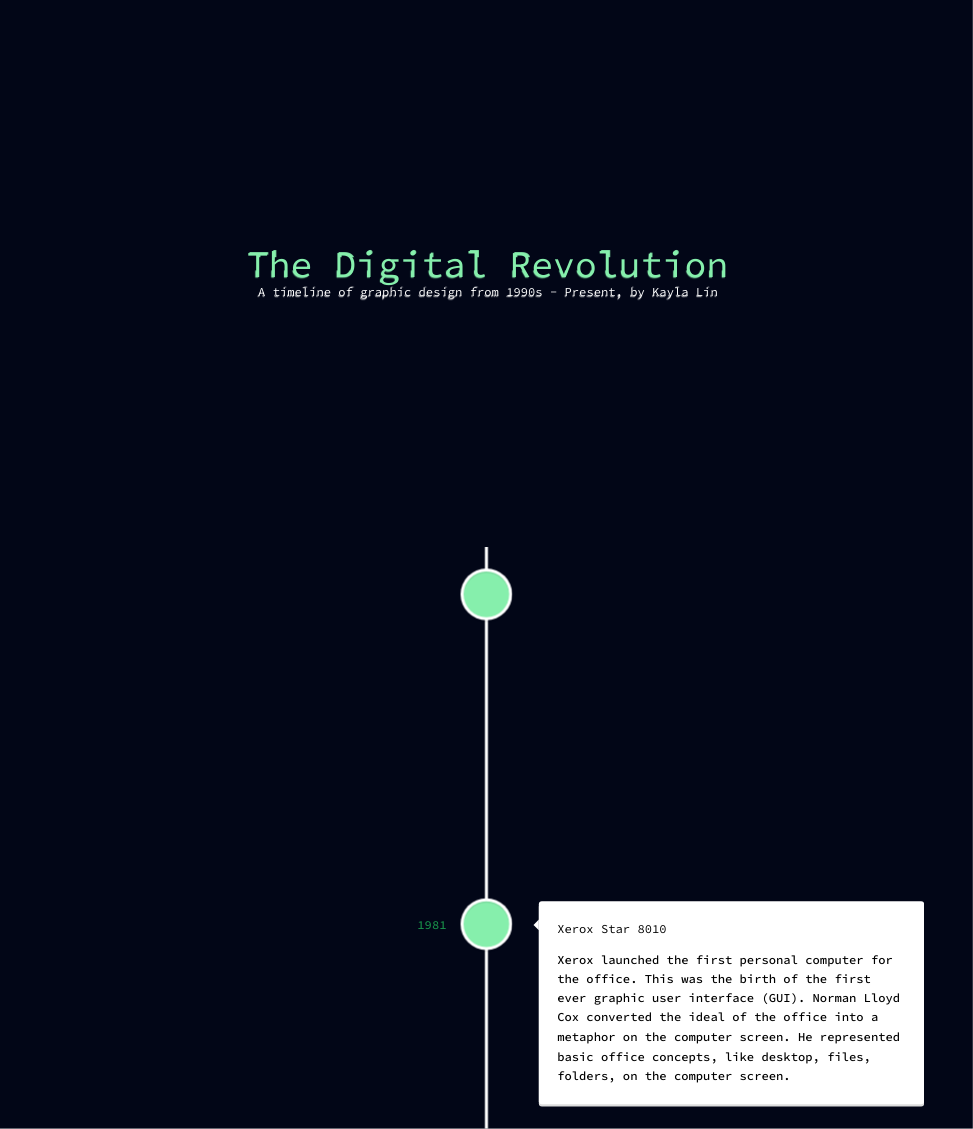
Repository: kayla-lin/graphic-design-timeline
Page: /
These files come from the project's save history. The page is drawn as it stood at one moment and after a run of saves; the edit follows.
The browser window is 1280 px wide. The pictures show the whole page, at 76% of full size.
The project was rebuilt for these pictures with package versions that can differ from the ones it lists, and the page was loaded fresh each time. The framework's server and built-in components were replaced by stand-ins that run in the browser. Also part of the build but not shown: next.config.js.

Above is the page before, as saved 2023-05-01 19:24:20.

### pages/index.tsx
import Image from "next/image";
import { Source_Code_Pro } from "next/font/google";
import Introduction from "./components/Introduction";
import "react-vertical-timeline-component/style.min.css";
import {
  VerticalTimeline,
  VerticalTimelineElement,
} from "react-vertical-timeline-component";
import TimelineElement from "./components/TimelineElement";

const source = Source_Code_Pro({ subsets: ["latin"] });

export default function Home() {
  return (
    <main className={`${source.className} bg-slate-950`}>
      <Introduction />
      <VerticalTimeline>
        <TimelineElement
          title="Rise of Skeuomorphism"
          date="1980s"
          desc={
            "Skeuomorphism is a useful concept for design. It involves creating a design that mimics its real life counterpart. For example, an icon of a trash can for deleting files, or a floppy disk for the save functionality. It was useful because of its design affordance: a shape that suggests its use. Since graphical interfaces on the computer were new. Computer interfaces would be much more intuitive with skeuomorphism Skeuomorphism designs often had beveled edges, gradients, and reflections."
          }
        />
        <TimelineElement
          title="Xerox Star 8010"
          date="1981"
          desc={
            "Xerox launched the first personal computer for the office. This was the birth of the first ever graphic user interface (GUI).  Norman Lloyd Cox converted the ideal of the office into a metaphor on the computer screen. He represented basic office concepts, like desktop, files, folders, on the computer screen."
          }
        />
      </VerticalTimeline>
    </main>
  );
}

### styles/globals.css
@tailwind base;
@tailwind components;
@tailwind utilities;

@import url("https://fonts.googleapis.com/css?family=Fira+Mono:400");

.glitch {
  animation: glitch 1s linear infinite;
}

@keyframes glitch {
  2%,
  64% {
    transform: translate(2px, 0) skew(0deg);
  }
  4%,
  60% {
    transform: translate(-2px, 0) skew(0deg);
  }
  62% {
    transform: translate(0, 0) skew(5deg);
  }
}

.glitch:before,
.glitch:after {
  content: attr(title);
  position: absolute;
  left: 0;
}

.glitch:before {
  animation: glitchTop 1s linear infinite;
  clip-path: polygon(0 0, 100% 0, 100% 33%, 0 33%);
  -webkit-clip-path: polygon(0 0, 100% 0, 100% 33%, 0 33%);
}

@keyframes glitchTop {
  2%,
  64% {
    transform: translate(2px, -2px);
  }
  4%,
  60% {
    transform: translate(-2px, 2px);
  }
  62% {
    transform: translate(13px, -1px) skew(-13deg);
  }
}

.glitch:after {
  animation: glitchBotom 1.5s linear infinite;
  clip-path: polygon(0 67%, 100% 67%, 100% 100%, 0 100%);
  -webkit-clip-path: polygon(0 67%, 100% 67%, 100% 100%, 0 100%);
}

@keyframes glitchBotom {
  2%,
  64% {
    transform: translate(-2px, 0);
  }
  4%,
  60% {
    transform: translate(-2px, 0);
  }
  62% {
    transform: translate(-22px, 5px) skew(21deg);
  }
}

### pages/components/Introduction/index.tsx
import React from "react";

const Introduction = () => {
  return (
    <section className="h-screen w-screen text-white flex flex-col justify-center items-center">
      <h1
        title="The Digital Revolution"
        className="glitch text-5xl text-green-300"
      >
        The Digital Revolution
      </h1>
      <div
        className="glitch"
        title="A timeline of graphic design from 1990s - Present, by Kayla Lin"
      >
        A timeline of graphic design from 1990s - Present, by Kayla Lin
      </div>
    </section>
  );
};

export default Introduction;

### pages/components/TimelineElement/index.tsx
import Image from "next/image";
import React, { FC } from "react";
import { VerticalTimelineElement } from "react-vertical-timeline-component";

interface Props {
  title: string;
  subTitle?: string;
  date: string;
  desc: string;
  img?: string;
  altImg?: string;
}

const TimelineElement: FC<Props> = ({
  title,
  subTitle,
  desc,
  img,
  date,
  altImg,
}) => {
  return (
    <VerticalTimelineElement
      className="vertical-timeline-element--work"
      date={date}
      iconStyle={{
        background: "rgb(134 239 172)",
        color: "#fff",
      }}
      dateClassName="text-green-500"
    >
      {img && altImg && (
        <Image src={`/img/${img}`} alt={altImg} className="w-100" />
      )}
      <h3 className="vertical-timeline-element-title">{title}</h3>
      {subTitle && (
        <h4 className="vertical-timeline-element-subtitle">{subTitle}</h4>
      )}
      <p>{desc}</p>
    </VerticalTimelineElement>
  );
};

export default TimelineElement;

Loaded but not shown: pages/_app.tsx (common file); pages/_document.tsx (common file); tailwind.config.js (common file)

After the next 3 saves:
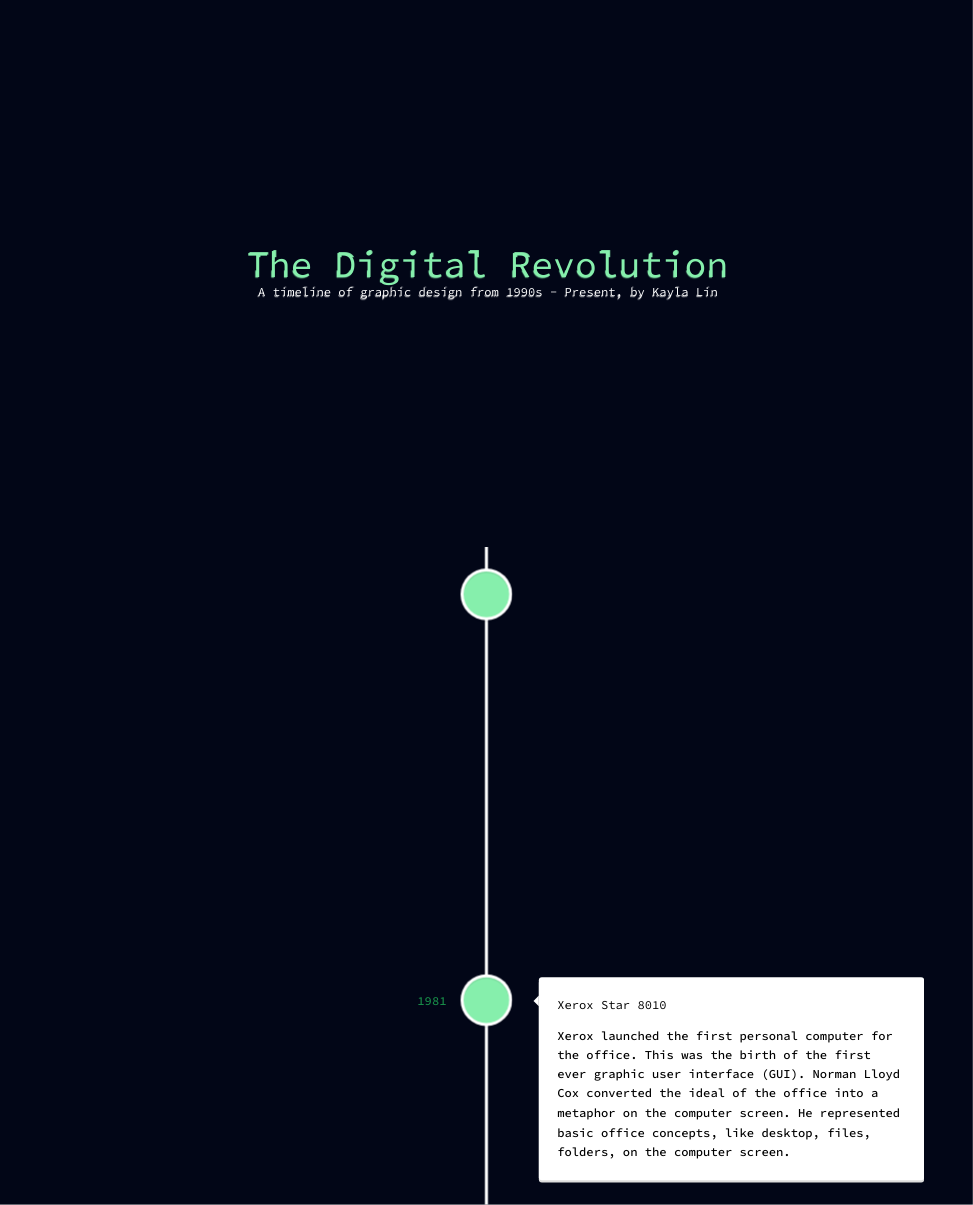
The 3 saves are shown as one change because 2 did not build or start.
The last was saved 44 s later.
--- a/pages/index.tsx
+++ b/pages/index.tsx
@@ -18,6 +18,8 @@
         <TimelineElement
           title="Rise of Skeuomorphism"
           date="1980s"
+          img="skeumorphic.png"
+          altImg="Skeuomorphism"
           desc={
             "Skeuomorphism is a useful concept for design. It involves creating a design that mimics its real life counterpart. For example, an icon of a trash can for deleting files, or a floppy disk for the save functionality. It was useful because of its design affordance: a shape that suggests its use. Since graphical interfaces on the computer were new. Computer interfaces would be much more intuitive with skeuomorphism Skeuomorphism designs often had beveled edges, gradients, and reflections."
           }
--- a/pages/components/TimelineElement/index.tsx
+++ b/pages/components/TimelineElement/index.tsx
@@ -30,7 +30,7 @@
       dateClassName="text-green-500"
     >
       {img && altImg && (
-        <Image src={`/img/${img}`} alt={altImg} className="w-100" />
+        <Image src={`/img/${img}`} alt={altImg} width={100} height={100} />
       )}
       <h3 className="vertical-timeline-element-title">{title}</h3>
       {subTitle && (

After the 2 saves that followed:
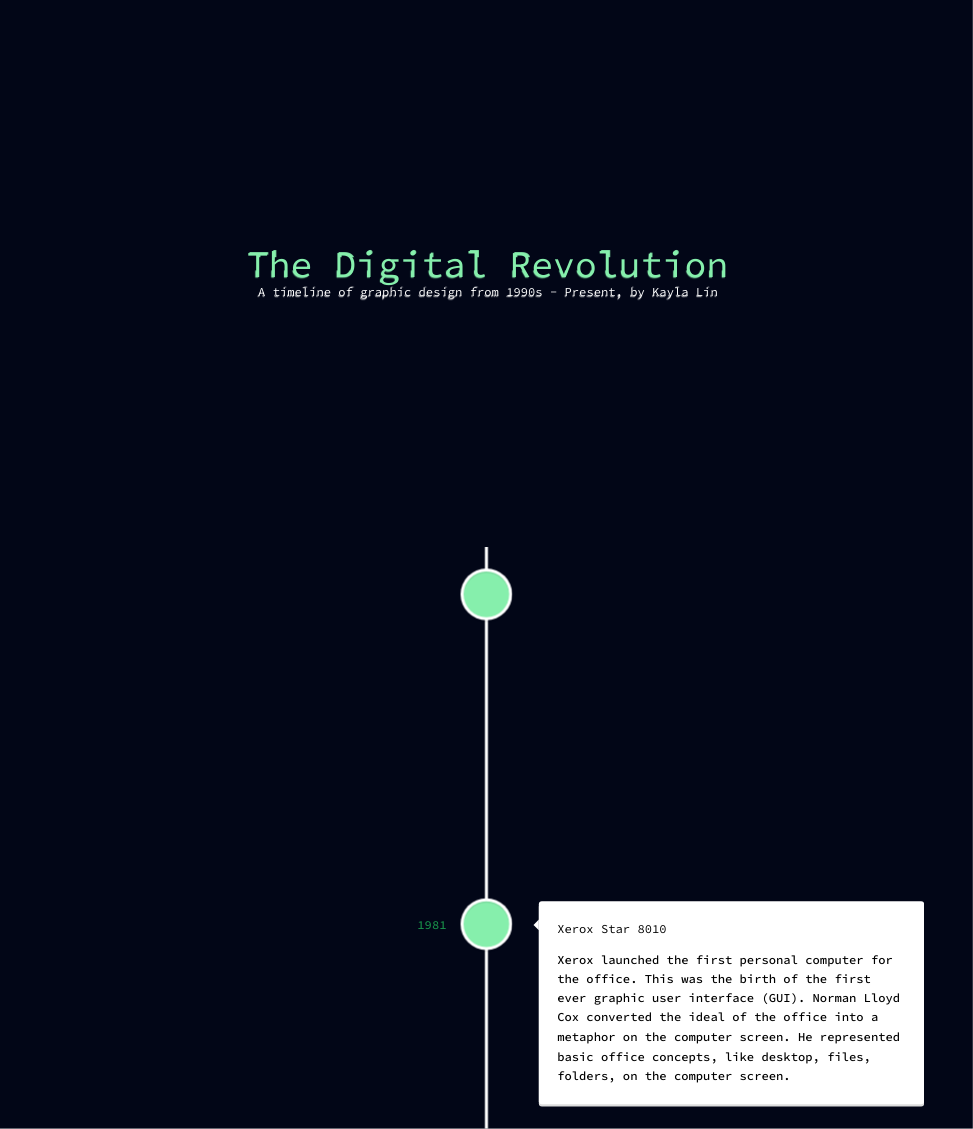
The 2 saves are shown as one change because 1 left the picture as it was.
The last was saved 44 s later.
--- a/pages/components/TimelineElement/index.tsx
+++ b/pages/components/TimelineElement/index.tsx
@@ -29,10 +29,10 @@
       }}
       dateClassName="text-green-500"
     >
+      <h3 className="vertical-timeline-element-title">{title}</h3>
       {img && altImg && (
-        <Image src={`/img/${img}`} alt={altImg} width={100} height={100} />
+        <Image src={`/img/${img}`} alt={altImg} layout="fill" />
       )}
-      <h3 className="vertical-timeline-element-title">{title}</h3>
       {subTitle && (
         <h4 className="vertical-timeline-element-subtitle">{subTitle}</h4>
       )}
